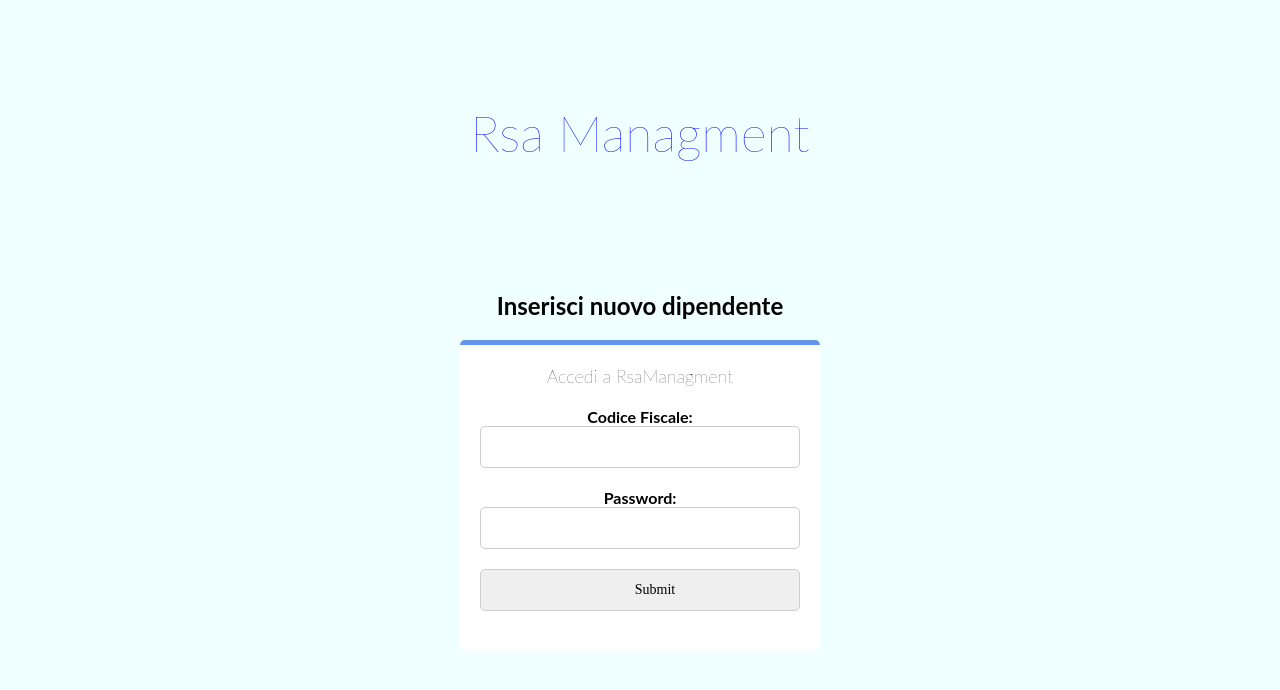
Repository: simone8484/RsaM
Page: http://localhost/RsaM/gestioneDipendenti.jsp
The author's editor kept a copy of each file at every save. The page is drawn from the files as they stood at one save, then again after the next save.
The browser window is 1280 px wide. The pictures show the whole page.
The page is served by Tomcat 9. Other server files are loaded and not shown.

Above is the page before, as saved 2017-05-28 15:07:30.

### RsaM/WebContent/gestioneDipendenti.jsp
<%@taglib uri="http://java.sun.com/jsp/jstl/core" prefix="c" %>
<%@ page language="java" contentType="text/html; charset=ISO-8859-1"
    pageEncoding="ISO-8859-1"%>


<!DOCTYPE html PUBLIC "-//W3C//DTD HTML 4.01 Transitional//EN" "http://www.w3.org/TR/html4/loose.dtd">
<html>
<head>
<meta http-equiv="Content-Type" content="text/html; charset=ISO-8859-1">
<link href='css/style.css' rel='stylesheet' type='text/css'>
<title>Insert title here</title>
</head>
<body>

 <table style="width:100%">
  <tr>
    <th></th>
    <th><h1>Rsa Managment</h1></th>
    <th><c:out value="${user}"/></th>
  </tr>
  <tr>
    <td></td>
    <td><c:forEach items="${sessionScope.menuPrincipaleMappato}" var="myMap" >
<nav>
<ul class="dropdown">
        	<li class="drop"><a href="<c:out value="${myMap.value}"/>"><c:out value="${myMap.key}"/></a></li>
 </ul>
 </nav>
 </c:forEach></td>
    <td></td>
  </tr>

 <tr>
    <th></th>
    <th><h2>Inserisci nuovo dipendente</h2>
    <div class="login-block">
  <h1>Accedi a RsaManagment</h1>
 <form method="POST" action="GestioneUtenteHandler.do">
   Codice Fiscale:<br>
  <input type="text" name="codiceFiscale"><br>
  Password:<br>
  <input type="password" name="password">
    <input type="submit" value="Submit">
</form>
</div></th>
    <th></th>
  </tr>
</table>

### RsaM/WebContent/css/style.css
body{
  margin: 0px;
  padding: 0px;
  background: #F0FFFF;
  font-family: 'Lato', sans-serif;
}

h1{
  margin: 2em 0px;
  padding: 0px;
  color:  	#0000FF;
  text-align: center;
  font-weight: 100;
  font-size: 50px;
}

nav{
  width: 750px;
  margin: 1em auto;
}

ul{
  margin: 0px;
  padding: 0px;
  list-style: none;
}

ul.dropdown{
  position: relative;
  width: 100%;
}

ul.dropdown li{
  font-weight: bold;
  float: left;
  width: 180px;
  position: relative;
  background: #80ffff;
}

ul.dropdown a:hover{
  color: #000;
}

ul.dropdown li a {
  display: block;
  padding: 20px 8px;
  color: #34495e;
  position: relative;
  z-index: 2000;
  text-align: center;
  text-decoration: none;
  font-weight: 300;
}

ul.dropdown li a:hover,
ul.dropdown li a.hover{
  background: #3498db;
  position: relative;
  color: #fff;
}


ul.dropdown ul{
 display: none;
 position: absolute;
  top: 0;
  left: 0;
  width: 180px;
  z-index: 1000;
}

ul.dropdown ul li {
  font-weight: normal;
  background: #f6f6f6;
  color: #000;
  border-bottom: 1px solid #ccc;
}

ul.dropdown ul li a{
  display: block;
  color: #34495e !important;
  background: #eee !important;
}

ul.dropdown ul li a:hover{
  display: block;
  background: #3498db !important;
  color: #fff !important;
}

.drop > a{
  position: relative;
}

.drop > a:after{
  content:"";
  position: absolute;
  right: 10px;
  top: 40%;
  border-left: 5px solid transparent;
  border-top: 5px solid #333;
  border-right: 5px solid transparent;
  z-index: 999;
}

.drop > a:hover:after{
  content:"";
   border-left: 5px solid transparent;
  border-top: 5px solid #fff;
  border-right: 5px solid transparent;
}

.login-block {
    width: 320px;
    padding: 20px;
    background: #fff;
    border-radius: 5px;
    border-top: 5px solid #6495ED;
    margin: 0 auto;
}

.login-block h1 {
    text-align: center;
    color: #000;
    font-size: 18px;
    margin-top: 0;
    margin-bottom: 20px;
}

.login-block input {
    width: 100%;
    height: 42px;
    box-sizing: border-box;
    border-radius: 5px;
    border: 1px solid #ccc;
    margin-bottom: 20px;
    font-size: 14px;
    font-family: Montserrat;
    padding: 0 20px 0 50px;
    outline: none;
}

.login-block input#username {
    background: #6495ED url('http://i.imgur.com/u0XmBmv.png') 20px top no-repeat;
    background-size: 16px 80px;
}

.login-block input#username:focus {
    background: #6495ED url('http://i.imgur.com/u0XmBmv.png') 20px bottom no-repeat;
    background-size: 16px 80px;
}

.login-block input#password {
    background: #6495ED url('http://i.imgur.com/Qf83FTt.png') 20px top no-repeat;
    background-size: 16px 80px;
}

.login-block input#password:focus {
    background: #6495ED url('http://i.imgur.com/Qf83FTt.png') 20px bottom no-repeat;
    background-size: 16px 80px;
}

.login-block input:active, .login-block input:focus {
    border: 1px solid #6495ED;
}

.login-block button {
    width: 100%;
    height: 40px;
    background: #6495ED;
    box-sizing: border-box;
    border-radius: 5px;
    border: 1px solid #6495ED;
    color: #6495ED;
    font-weight: bold;
    text-transform: uppercase;
    font-size: 14px;
    font-family: Montserrat;
    outline: none;
    cursor: pointer;
}

.login-block button:hover {
    background: #6495ED;
}

After the next save:
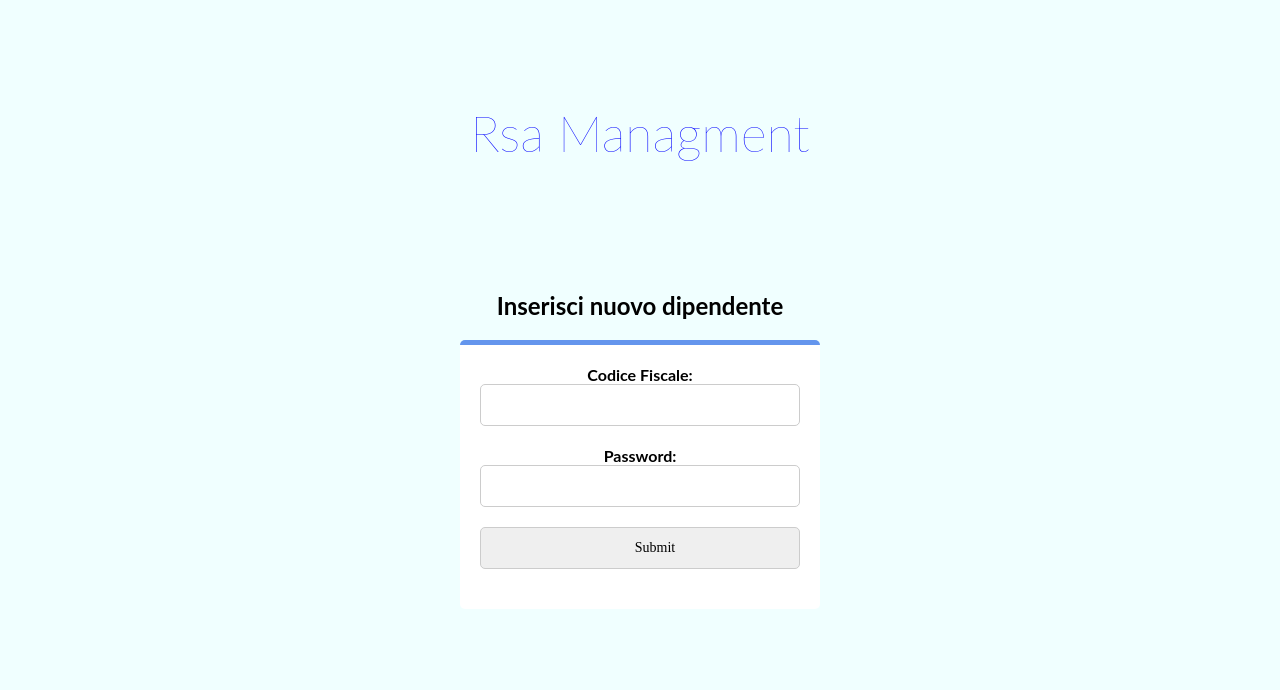
Saved 95 s later.
--- a/RsaM/WebContent/gestioneDipendenti.jsp
+++ b/RsaM/WebContent/gestioneDipendenti.jsp
@@ -34,8 +34,7 @@
     <th></th>
     <th><h2>Inserisci nuovo dipendente</h2>
     <div class="login-block">
-  <h1>Accedi a RsaManagment</h1>
- <form method="POST" action="GestioneUtenteHandler.do">
+  <form method="POST" action="GestioneUtenteHandler.do">
    Codice Fiscale:<br>
   <input type="text" name="codiceFiscale"><br>
   Password:<br>
